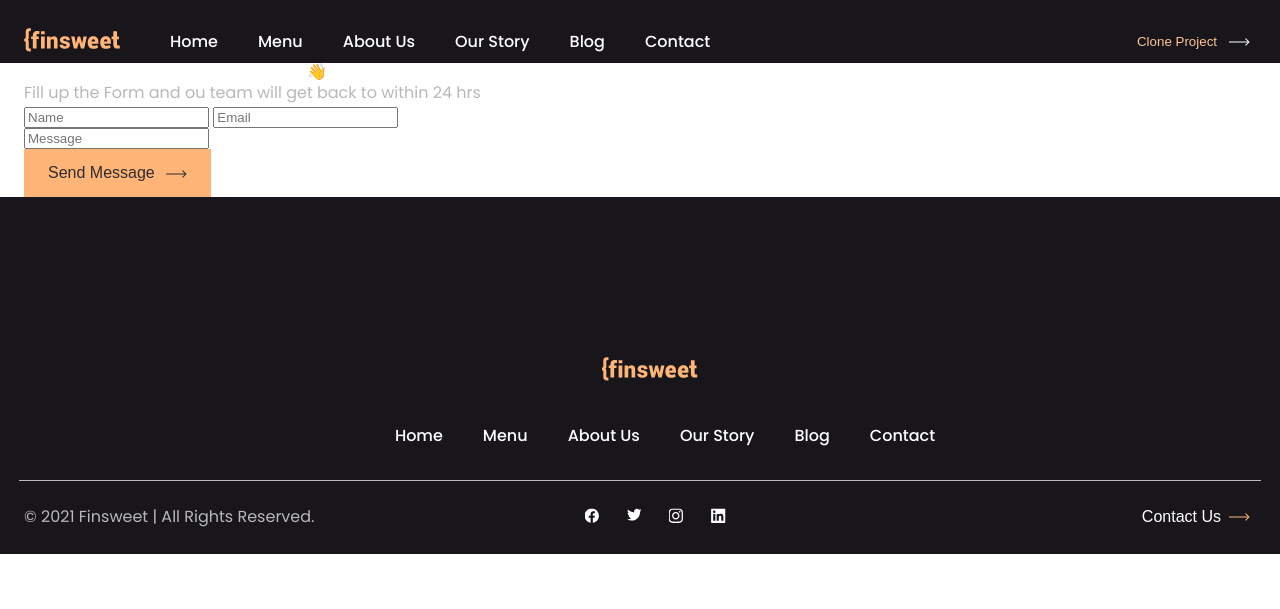
Repository: Minns-Cao/project-finsweet
Page: contact.html
These files come from the project's save history. The page is drawn as it stood at one moment and after a run of saves; the edit follows.
The browser window is 1280 px wide. The pictures show the whole page.
Some web fonts or font styles are not loaded; a fallback is used.

Above is the page before, as saved 2023-05-05 13:47:54.

### contact.html
<!DOCTYPE html>
<html lang="en">
    <head>
        <meta charset="UTF-8" />
        <meta http-equiv="X-UA-Compatible" content="IE=edge" />
        <meta name="viewport" content="width=device-width, initial-scale=1.0" />
        <title>Finsweet</title>
        <!-- Reset CSS -->
        <link rel="stylesheet" href="./assets/css/reset.css" />
        <!-- Style -->
        <link rel="stylesheet" href="./assets/css/style.css" />
        <link rel="stylesheet" href="./assets/css/style_contact.css" />
        <!-- Fonts -->
        <link rel="preconnect" href="https://fonts.googleapis.com" />
        <link rel="preconnect" href="https://fonts.gstatic.com" crossorigin />
        <link
            href="https://fonts.googleapis.com/css2?family=Playfair+Display:ital,wght@0,400;0,500;0,600;0,700;0,800;0,900;1,400;1,500;1,600;1,700;1,800;1,900&family=Poppins:ital,wght@0,300;0,400;0,500;0,600;1,300;1,400;1,500;1,600&display=swap"
            rel="stylesheet"
        />
    </head>
    <body>
        <!-- ========================================Contact Page================================================ -->
        <!-- Header -->
        <header class="fixed header">
            <div class="main-content">
                <div class="body">
                    <!-- Logo -->
                    <a href="./index.html"
                        ><img
                            src="./assets/img/Logo.svg"
                            alt="logo"
                            class="logo"
                    /></a>
                    <!-- Navigation -->
                    <div class="nav">
                        <ul>
                            <li>
                                <a href="./index.html">Home</a>
                            </li>
                            <li>
                                <a href="./menu.html">Menu</a>
                            </li>
                            <li>
                                <a href="./aboutUs.html">About Us</a>
                            </li>
                            <li>
                                <a href="./ourStory.html">Our Story</a>
                            </li>
                            <li>
                                <a href="./blog.html">Blog</a>
                            </li>
                            <li>
                                <a href="./contact.html">Contact</a>
                            </li>
                        </ul>
                    </div>
                    <!-- Action -->
                    <button class="action">
                        <span class="label">Clone Project</span>
                        <img
                            src="./assets/img/arrow-to-right.svg"
                            alt="arrow-to-right"
                            class="arrow-to-right"
                        />
                    </button>

                    <!-- Navigation Mobile -->
                    <label for="nav-mb-checkbox" class="nav-mb-btn">
                        <svg
                            xmlns="http://www.w3.org/2000/svg"
                            viewBox="0 0 448 512"
                            width="32"
                            height="32"
                        >
                            <path
                                d="M0 96C0 78.3 14.3 64 32 64H416c17.7 0 32 14.3 32 32s-14.3 32-32 32H32C14.3 128 0 113.7 0 96zM0 256c0-17.7 14.3-32 32-32H416c17.7 0 32 14.3 32 32s-14.3 32-32 32H32c-17.7 0-32-14.3-32-32zM448 416c0 17.7-14.3 32-32 32H32c-17.7 0-32-14.3-32-32s14.3-32 32-32H416c17.7 0 32 14.3 32 32z "
                                fill="#FFB577"
                            />
                        </svg>
                    </label>

                    <input
                        class="nav-input"
                        type="checkbox"
                        name="nav-mb-checkbox"
                        id="nav-mb-checkbox"
                    />

                    <label for="nav-mb-checkbox" class="nav_overlay"></label>

                    <div class="nav-mb">
                        <div class="exit-bar">
                            <!-- Logo -->
                            <a href="./index.html"
                                ><img
                                    src="./assets/img/Logo.svg"
                                    alt="logo"
                                    class="logo"
                            /></a>
                            <!-- exit button -->
                            <label for="nav-mb-checkbox">
                                <svg
                                    xmlns="http://www.w3.org/2000/svg"
                                    viewBox="0 0 512 512"
                                    width="32"
                                    height="32"
                                    class="exit-btn"
                                >
                                    <path
                                        d="M256 512A256 256 0 1 0 256 0a256 256 0 1 0 0 512zM175 175c9.4-9.4 24.6-9.4 33.9 0l47 47 47-47c9.4-9.4 24.6-9.4 33.9 0s9.4 24.6 0 33.9l-47 47 47 47c9.4 9.4 9.4 24.6 0 33.9s-24.6 9.4-33.9 0l-47-47-47 47c-9.4 9.4-24.6 9.4-33.9 0s-9.4-24.6 0-33.9l47-47-47-47c-9.4-9.4-9.4-24.6 0-33.9z"
                                        fill="#FFB577"
                                    />
                                </svg>
                            </label>
                        </div>
                        <ul>
                            <li>
                                <a href="./index.html">Home</a>
                            </li>
                            <li>
                                <a href="./menu.html">Menu</a>
                            </li>
                            <li>
                                <a href="./aboutUs.html">About Us</a>
                            </li>
                            <li>
                                <a href="./ourStory.html">Our Story</a>
                            </li>
                            <li>
                                <a href="./blog.html">Blog</a>
                            </li>
                            <li>
                                <a href="./contact.html">Contact</a>
                            </li>
                        </ul>
                    </div>
                </div>
            </div>
        </header>
        <!-- Main -->
        <main>
            <!-- contactUs -->
            <div class="contact-us">
                <div class="main-content">
                    <div class="left-column">
                        <h2 class="heading">
                            Have a Question ? Get in Touch with us 👋
                        </h2>
                        <p class="desc">
                            Fill up the Form and ou team will get back to within
                            24 hrs
                        </p>
                        <div class="input">
                            <div class="input-info">
                                <input
                                    type="text"
                                    class="inp-name"
                                    placeholder="Name"
                                />
                                <input
                                    type="text"
                                    class="inp-email"
                                    placeholder="Email"
                                />
                            </div>
                            <input
                                type="text"
                                class="inp-msg"
                                placeholder="Message"
                            />
                        </div>
                        <button class="btn">
                            <span class="label-med">Send Message</span>
                            <img
                                src="./assets/img/arrow-to-right-black.svg"
                                alt="arrow-to-right"
                                class="arrow-to-right"
                            />
                        </button>
                    </div>
                    <div class="right-column">

                    </div>
                </div>
            </div>
        </main>
        <!-- Footer -->
        <footer class="footer">
            <div class="main-content">
                <div class="body">
                    <!-- Logo -->
                    <a href="#"
                        ><img
                            src="./assets/img/Logo.svg"
                            alt="logo"
                            class="logo"
                    /></a>
                    <!-- Navigation -->
                    <div class="nav">
                        <ul>
                            <li>
                                <a href="./index.html">Home</a>
                            </li>
                            <li>
                                <a href="#">Menu</a>
                            </li>
                            <li>
                                <a href="./aboutUs.html">About Us</a>
                            </li>
                            <li>
                                <a href="./ourStory.html">Our Story</a>
                            </li>
                            <li>
                                <a href="./blog.html">Blog</a>
                            </li>
                            <li>
                                <a href="./contact.html">Contact</a>
                            </li>
                        </ul>
                    </div>
                    <!-- Contact-Footer -->
                    <div class="contact-footer">
                        <!-- Copyright -->
                        <div class="container">
                            <p class="copyright">
                                © 2021 Finsweet | All rights reserved.
                            </p>
                        </div>
                        <!-- Socials -->
                        <div class="socials-list">
                            <div class="social">
                                <img
                                    src="./assets/img/icon/icon_facebook.svg"
                                    alt="icon_facebook"
                                />
                            </div>
                            <div class="social">
                                <img
                                    src="./assets/img/icon/icon_twitter.svg"
                                    alt="icon_twitter"
                                />
                            </div>
                            <div class="social">
                                <img
                                    src="./assets/img/icon/icon_instagram.svg"
                                    alt="icon_instagram"
                                />
                            </div>
                            <div class="social">
                                <img
                                    src="./assets/img/icon/icon_linkin.svg"
                                    alt="icon_linkin"
                                />
                            </div>
                        </div>
                        <!-- action -->
                        <button
                            class="action"
                            onclick="window.location.href='./contact.html'"
                        >
                            <span class="label-med">Contact Us</span>
                            <svg
                                width="21"
                                height="8"
                                viewBox="0 0 21 8"
                                fill="none"
                                xmlns="http://www.w3.org/2000/svg"
                            >
                                <path
                                    d="M20.3536 4.35355C20.5488 4.15829 20.5488 3.84171 20.3536 3.64645L17.1716 0.464466C16.9763 0.269204 16.6597 0.269204 16.4645 0.464466C16.2692 0.659728 16.2692 0.976311 16.4645 1.17157L19.2929 4L16.4645 6.82843C16.2692 7.02369 16.2692 7.34027 16.4645 7.53553C16.6597 7.7308 16.9763 7.7308 17.1716 7.53553L20.3536 4.35355ZM0 4.5L20 4.5V3.5L0 3.5L0 4.5Z"
                                    fill="#FFB577"
                                />
                            </svg>
                        </button>
                    </div>
                </div>
            </div>
        </footer>
    </body>
</html>

### assets/css/style.css
* {
    box-sizing: border-box;
}

:root {
    --primary-color: #ffb577;
    --background-color: #19161b;
    --font-heading: Playfair Display, "serif";
}

html,
body {
    scroll-behavior: smooth;
}

html {
    font-size: 62.5%;
}

body {
    font-size: 1.6rem;
    font-family: "Poppins", sans-serif;
}

/* ================common=================*/
.main-content {
    width: 1280px;
    max-width: calc(100% - 48px);
    margin-left: auto;
    margin-right: auto;
}

a {
    text-decoration: none;
}

.btn {
    border: none;
    background: #ffb577;
    padding: 12px 24px;
}

.label-med {
    margin-right: 8px;
    font-weight: 500;
    font-size: 1.6rem;
    line-height: 1.5;
    color: #2e2d33;
}

.label-extransmall {
    font-weight: 500;
    font-size: 1.2rem;
    line-height: 1.33;
    color: #ffffff;
}

.heading {
    font-family: var(--font-heading);
    font-style: normal;
    color: #ffffff;
}

.lv1 {
    font-weight: 700;
    font-size: 5.6rem;
    line-height: 1.21;
}

.lv2 {
    font-weight: 700;
    font-size: 4.8rem;
    line-height: 1.21;
}

.lv3 {
    font-weight: 700;
    font-size: 3.3rem;
    line-height: 1.5;
}

.lv4 {
    font-weight: 700;
    font-size: 2rem;
    line-height: 1.5;
}

.lv5 {
    font-weight: 700;
    font-size: 1.4rem;
    line-height: 1.5;
}

.desc {
    font-weight: 400;
    font-size: 1.6rem;
    line-height: 1.75;
    color: #b8b8b8;
}

.caption {
    position: relative;
    display: inline-block;
    font-family: var(--font-heading);
    font-weight: 400;
    font-size: 1.6rem;
    line-height: 1.5;
    color: #ffb577;
}

.caption::after {
    position: absolute;
    content: "";
    display: block;
    width: 48px;
    border: 0.5px solid #ffffff;
    top: 50%;
    right: calc(-48px - 16px);
}

/* ================Header=================*/
.fixed {
    position: sticky;
    top: -20px;
    z-index: 1;
}

.header {
    background-color: var(--background-color);
}

.header .body {
    display: flex;
    align-items: center;
    padding: 28px 0px 8px;
}

.nav ul {
    display: flex;
    gap: 40px;
    margin-left: 50px;
}

.nav li a {
    font-weight: 500;
    font-size: 1.6rem;
    line-height: 1.5;
    color: #ffffff;
}

.header .action {
    display: flex;
    justify-content: center;
    align-items: center;
    margin-left: auto;
    border: none;
    background-color: var(--background-color);
}

.header .action .label {
    margin-right: 12px;
    color: #ffc492;
}

.header .nav-mb-btn {
    display: none;
}

.header .nav-mb {
    position: fixed;
    background-color: var(--background-color);
    top: 0;
    right: 0;
    width: 320px;
    max-width: 100%;
    height: 100vh;
    z-index: 1;
    padding: 26px;
    transform: translateX(100%);
    transition: transform ease-in 0.2s;
}

.nav_overlay {
    display: none;
    position: fixed;
    top: 0;
    right: 0;
    left: 0;
    bottom: 0;
    background-color: rgba(0, 0, 0, 0.5);
    animation: fadeIn linear 0.5s;
}

.nav-input {
    display: none;
}

/* ================Footer=================*/

.footer {
    background-color: var(--background-color);
    padding-top: 160px;
    padding-bottom: 24px;
}

.footer .logo {
    display: block;
    margin-left: auto;
    margin-right: auto;
    transform: translateX(+10%);
}

.footer .nav {
    position: relative;
    display: flex;
    justify-content: center;
    align-items: center;

    margin-top: 43px;
}

.footer .nav::after {
    position: absolute;
    content: "";
    display: block;
    width: 97vw;
    height: 0.5px;
    background-color: #fff;
    bottom: -32px;
    opacity: 0.7;
}

.contact-footer {
    display: flex;
    justify-content: space-between;
    align-items: center;
    margin-top: 56px;
}

.contact-footer .copyright {
    font-weight: 400;
    font-size: 1.6rem;
    line-height: 1.5;
    text-transform: capitalize;
    color: #b8b8b8;
}

.contact-footer .socials-list {
    display: flex;
    gap: 27px;
    transform: translateX(-50%);
}

.contact-footer .action {
    display: flex;
    justify-content: center;
    align-items: center;
    border: none;
    background-color: var(--background-color);
}

.contact-footer .action .label-med {
    color: #ffffff;
}

/* ==================Responsive==================== */

@media (max-width: 768px) {
    /* Responsive Header */
    .header .nav,
    .header .action {
        display: none;
    }

    .header .nav-mb-btn {
        display: block;
        margin-left: auto;
    }

    .nav-input:checked ~ .nav_overlay {
        display: block;
    }

    .nav-input:checked ~ .nav-mb {
        transform: translateX(0);
    }

    .nav-mb .exit-bar {
        position: relative;
        display: flex;
        justify-content: space-between;
        align-items: center;
        margin-bottom: 40px;
    }

    .nav-mb .exit-bar::after {
        position: absolute;
        content: "";
        bottom: -20px;
        width: 100%;
        border: 0.5px solid #fff;
    }

    .nav-mb ul {
        display: flex;
        flex-direction: column;
        justify-content: center;
        align-items: center;
        gap: 40px;
    }

    .nav-mb li a {
        font-weight: 500;
        font-size: 1.6rem;
        line-height: 1.5;
        color: #ffffff;
    }

    /* ==================Responsive-Footer================== */
    .footer .logo {
        display: none;
    }

    .footer .nav ul {
        flex-direction: column;
        justify-content: center;
        align-items: center;
        margin-left: 0;
    }

    .contact-footer {
        flex-direction: column-reverse;
        justify-content: center;
        align-items: center;
        gap: 10px;
    }

    .contact-footer .socials-list {
        justify-content: center;
        align-items: center;
        transform: translateX(0);
    }

    /* ================Responsive-Contact=================*/

    .contact .body {
        flex-direction: column;
    }

    .contact .body .img-map {
        width: 100%;
        object-fit: cover;
    }
}

@media (max-width: 430px) {
    /* ================Moblie-Responsive-Contact=================*/
    .contact .container {
        padding: 20px !important;
    }
}

@keyframes fadeIn {
    from {
        opacity: 0;
    }
    to {
        opacity: 1;
    }
}

Loaded but not shown: assets/css/reset.css (common file); assets/css/style_contact.css (no stored copy; drawn as an empty file)

After the next 5 saves:
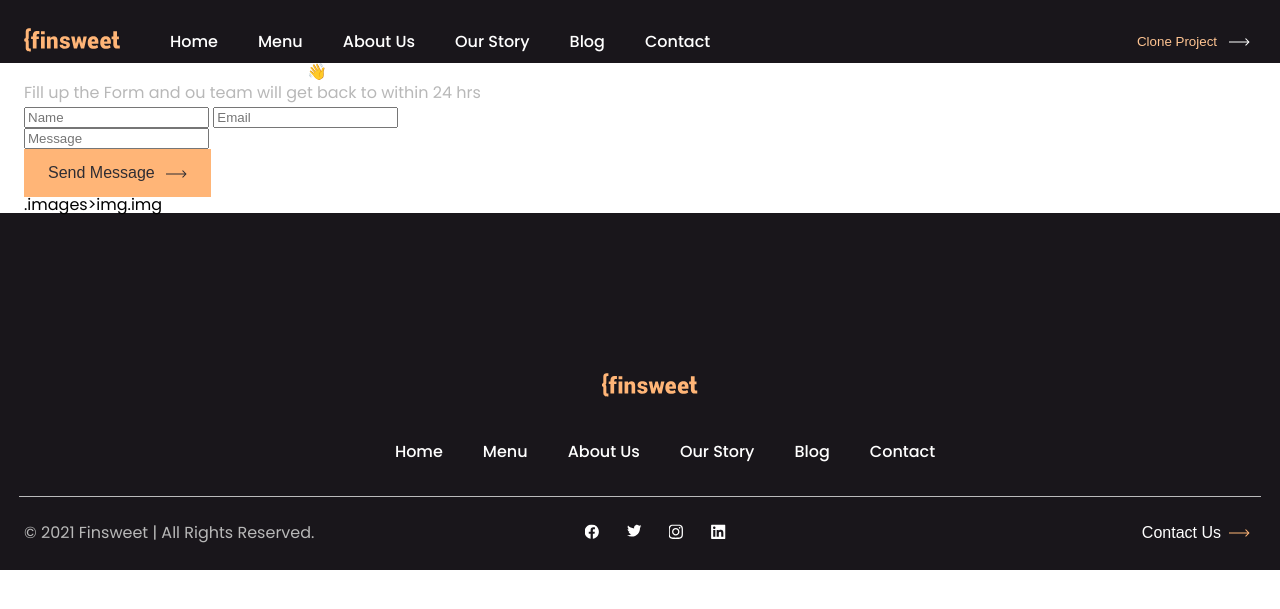
The 5 saves are shown as one change because they came seconds apart.
The last was saved 22 s later.
--- a/contact.html
+++ b/contact.html
@@ -179,7 +179,7 @@
                         </button>
                     </div>
                     <div class="right-column">
-
+                        .images>img.img
                     </div>
                 </div>
             </div>
